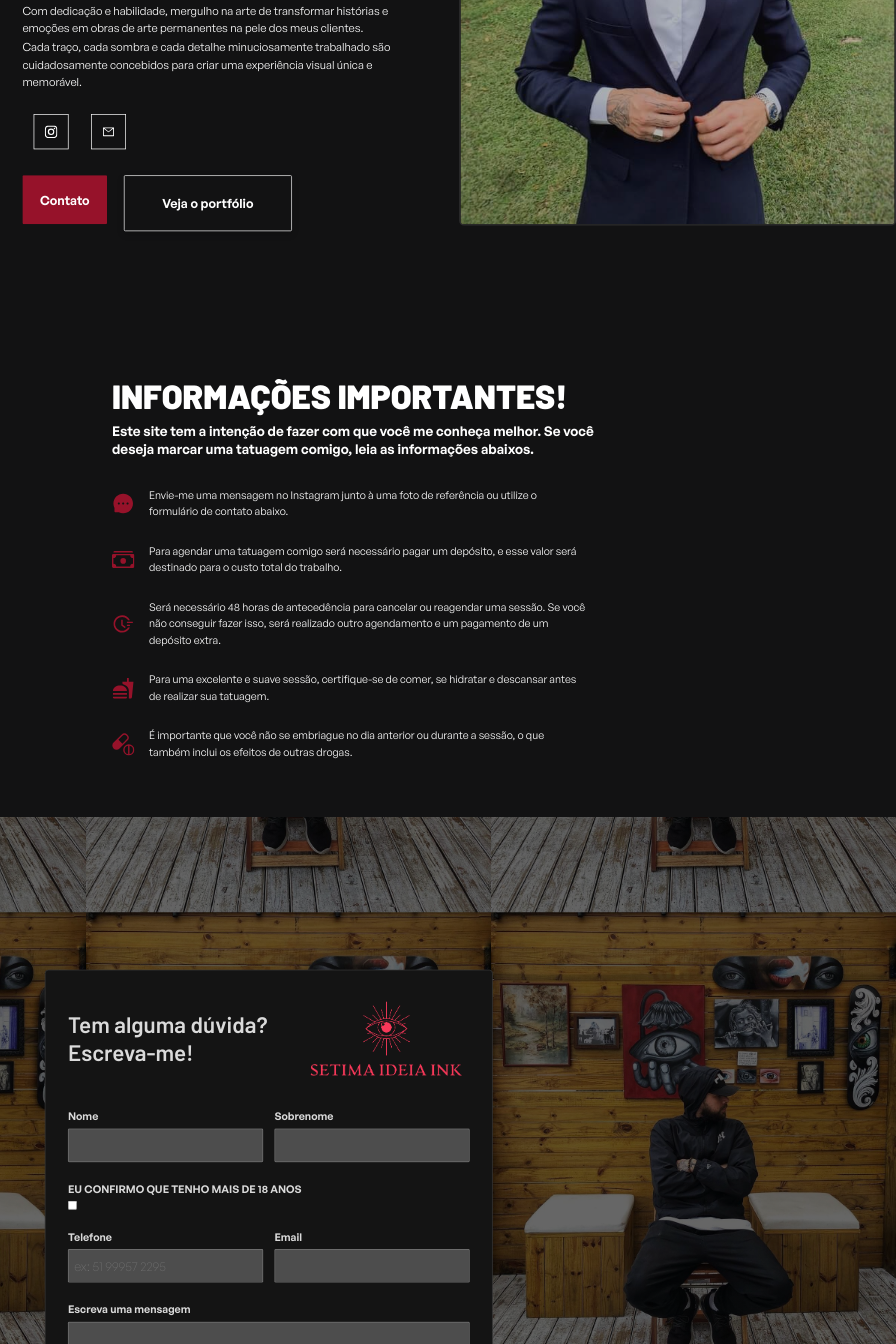
Repository: Leoka2000/S-tima-Ideia
Page: /
An editor plug-in stored every save of this project. The page is shown before and after the next save, followed by the edit.
The browser window is 1280 px wide. The pictures show the part of the page from y = 4326 to 6246 px (the page is 6791 px tall before and 6785 px after), at 70% of full size.
Backgrounds fixed to the window are drawn as part of the page. The project was rebuilt for these pictures with package versions that can differ from the ones it lists, and the page was loaded fresh each time. Some packages were replaced by stand-ins written for this rebuild. Also part of the build but not shown: src/pages/main/instagram/instagram.css, src/pages/main/instagram/instagram.jsx, src/App.css, src/pages/portfolio/portfolio.css, src/data/database-common.js, src/pages/portfolio/loop-content.jsx, src/pages/portfolio/portfolio.jsx, src/pages/portfolio/index.jsx and 2 more. Imported but missing from the stored project, and not drawn on this page: src/assets/videos/cauan-video.mp4.

Above is the page before, as saved 2023-07-10 20:09:34.

After the next save:
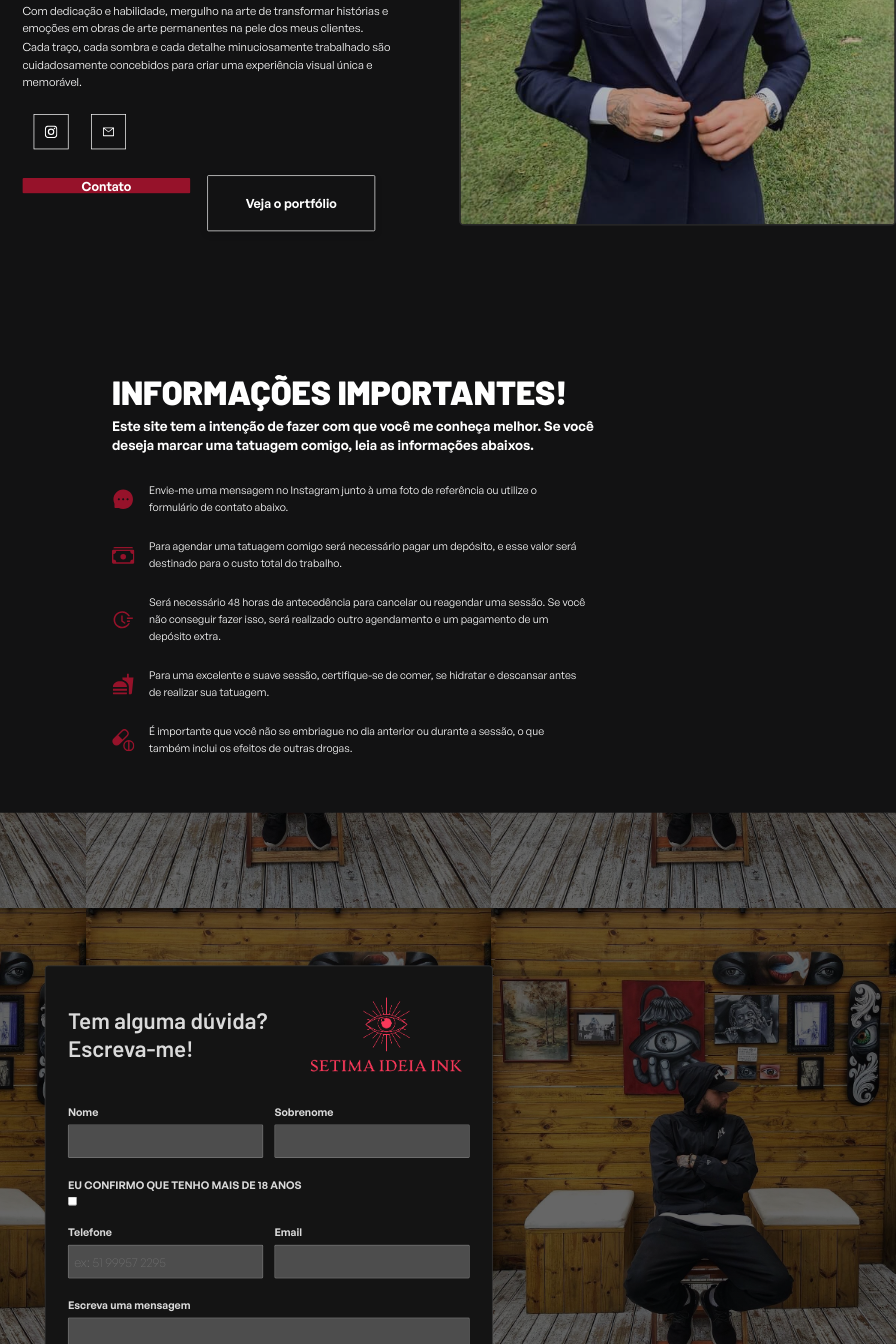
Saved 10 s later.
--- a/src/pages/sobre/about/about.css
+++ b/src/pages/sobre/about/about.css
@@ -107,7 +107,7 @@
 
 }
 .solid {
-    padding: 1.5rem;
+    width: 15rem;
     margin-bottom: 1rem;
     cursor: pointer;
     -webkit-box-pack: center;

After the save that followed:
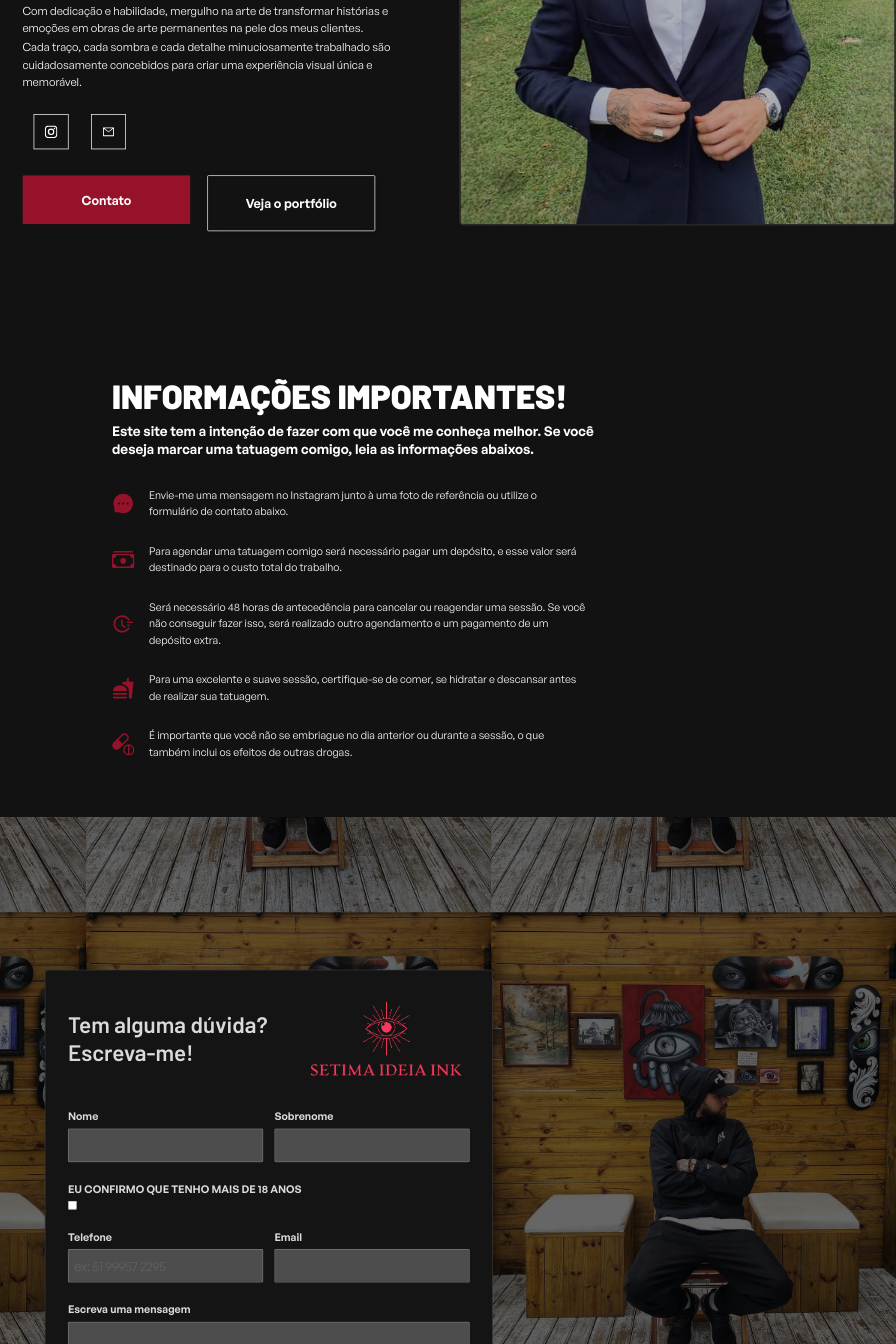
Saved 7 s later.
--- a/src/pages/sobre/about/about.css
+++ b/src/pages/sobre/about/about.css
@@ -107,6 +107,7 @@
 
 }
 .solid {
+    padding: 1.5rem;
     width: 15rem;
     margin-bottom: 1rem;
     cursor: pointer;
